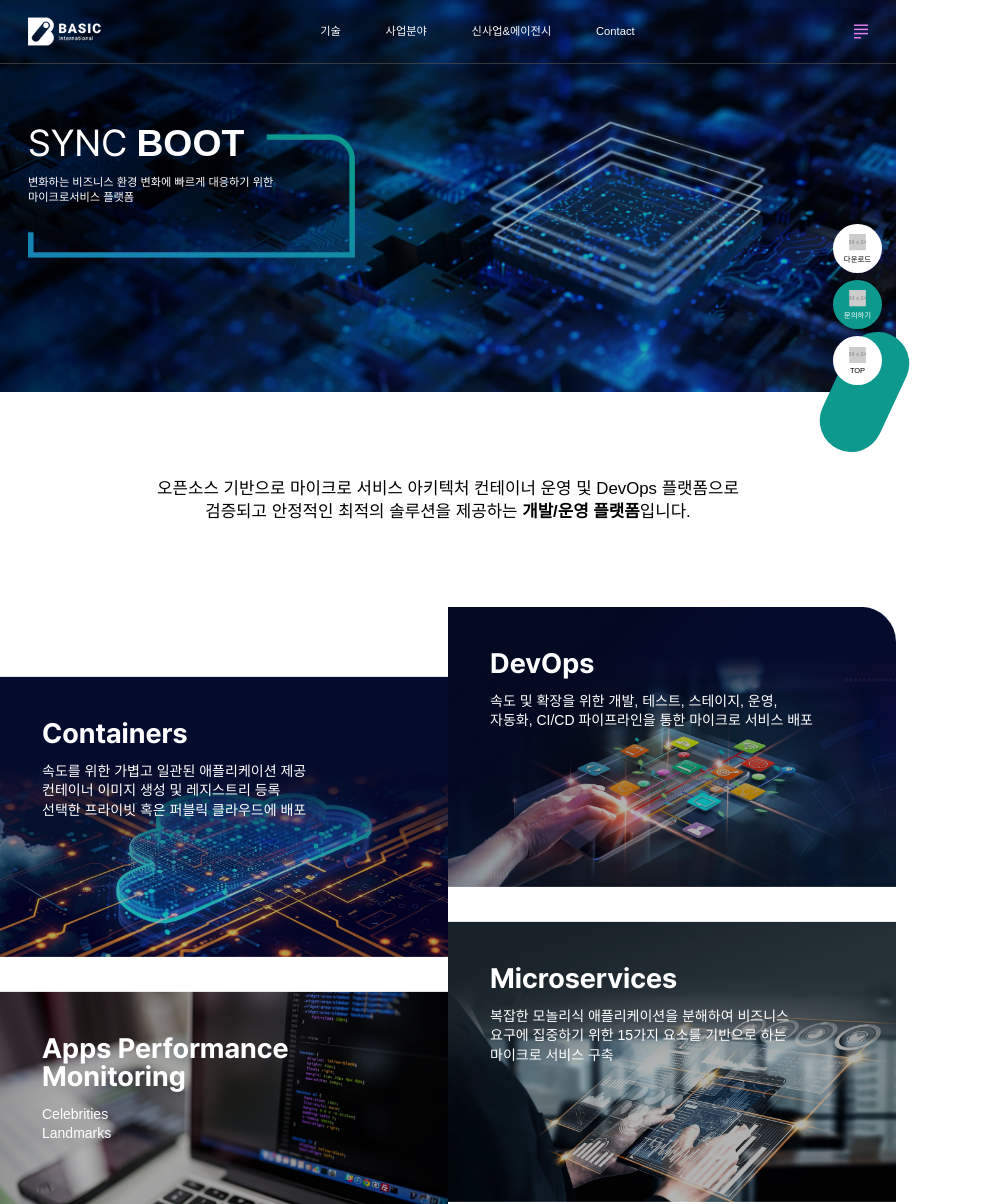
Repository: ullia/BI
Page: pages/sync/sync-01.html
An editor plug-in stored every save of this project. The page is shown before and after the next save, followed by the edit.
The browser window is 1280 px wide. The page is 1440 px wide, so the pictures cover 1440 px, including what lies to the right of the window. The pictures show the part of the page from y = 0 to 1720 px (the page is 6696 px tall), at 70% of full size.
Some web fonts or font styles are not loaded; a fallback is used. The style sheet was rebuilt from its Sass, Less or Tailwind sources for each picture, by a compiler version that may differ from the author's.

Above is the page before, as saved 2024-09-10 12:01:03.

After the next save:
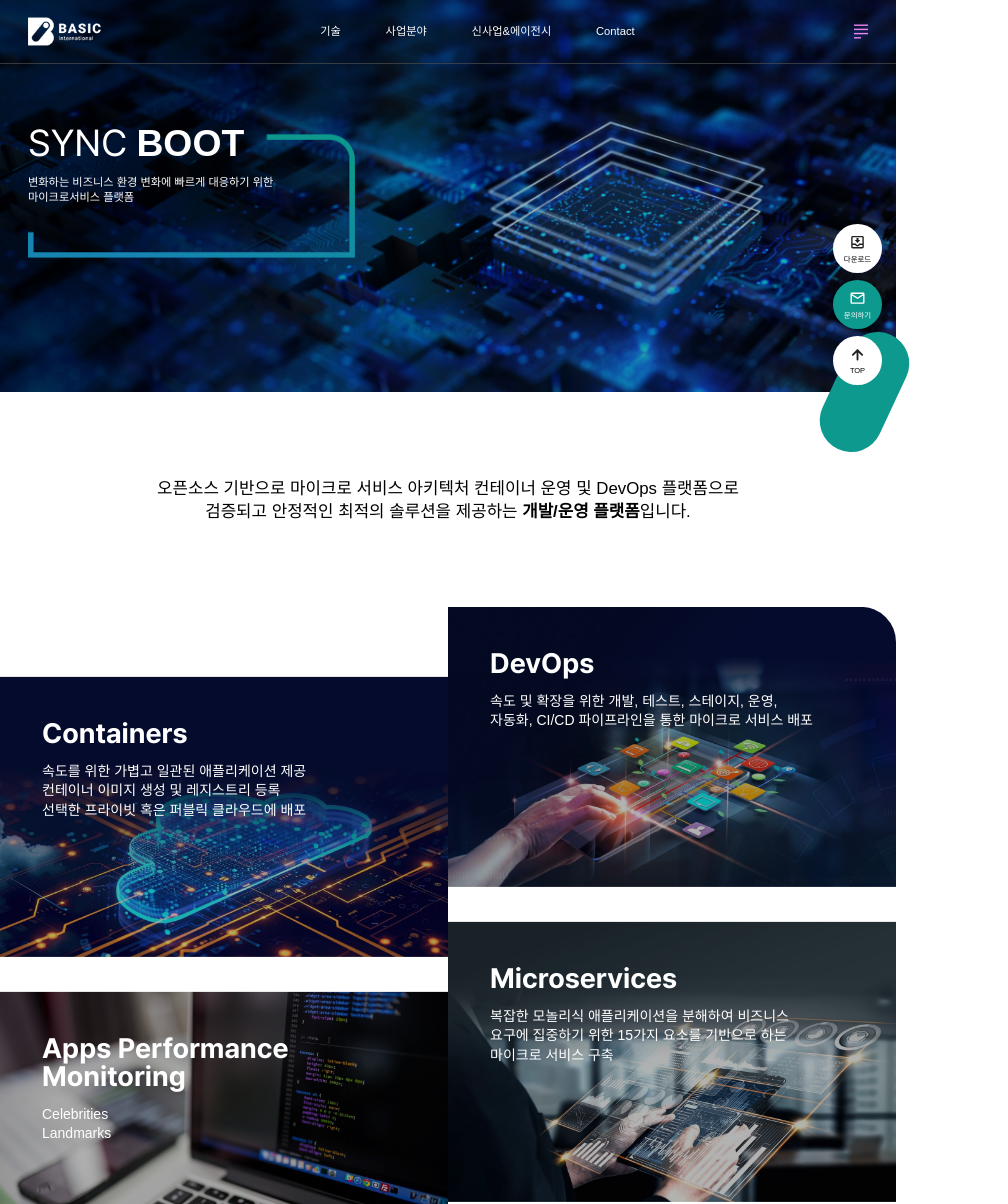
Saved 66 s later.
--- a/pages/sync/sync-01.html
+++ b/pages/sync/sync-01.html
@@ -547,15 +547,15 @@
 
     <div class="floating__menu">
       <button type="button">
-        <img src="http://placehold.it/24x24" alt="다운로드 버튼" />
+        <img src="/assets/images/common/floating-download.svg" alt="다운로드 버튼" />
         <span>다운로드</span>
       </button>
       <button type="button">
-        <img src="http://placehold.it/24x24" alt="문의하기 버튼" />
+        <img src="/assets/images/common/floating-qa.svg" alt="문의하기 버튼" />
         <span>문의하기</span>
       </button>
       <button type="button">
-        <img src="http://placehold.it/24x24" alt="맨 위로 버튼" />
+        <img src="/assets/images/common/floating-up.svg" alt="맨 위로 버튼" />
         <span>TOP</span>
       </button>
     </div>
